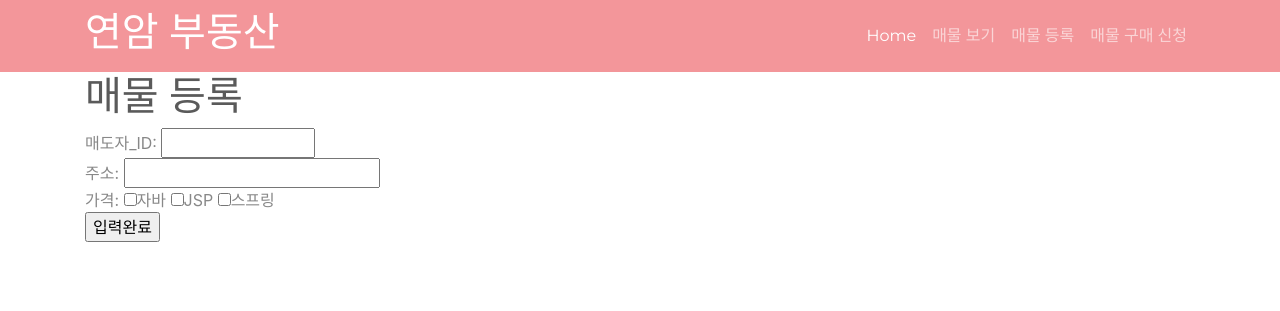
Repository: Leekm0912/2-1_JSP-DB_Project
Page: http://localhost/WebTest/DB/InsertTable.jsp
An editor plug-in stored every save of this project. The page is shown before and after the next save, followed by the edit.
The browser window is 1280 px wide. The pictures show the whole page.
The page is served by Tomcat 9.

Above is the page before, as saved 2020-06-10 03:38:39.

After the next save:
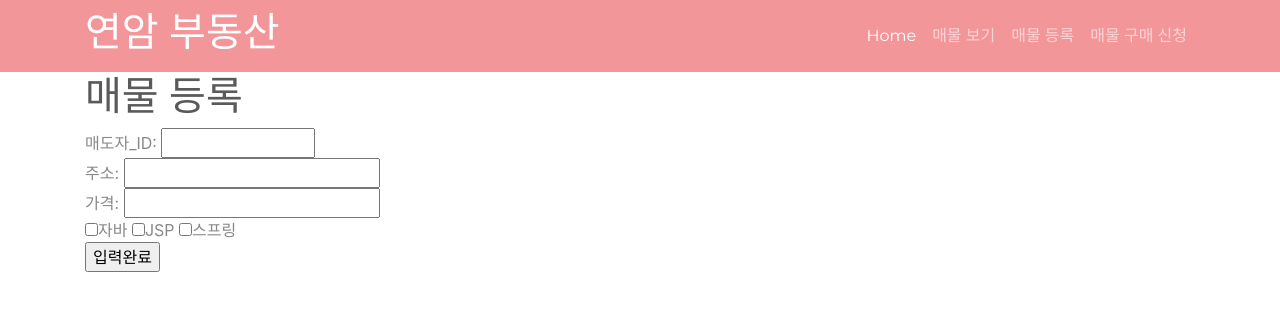
Saved 6 s later.
--- a/WebTest/WebContent/DB/InsertTable.jsp
+++ b/WebTest/WebContent/DB/InsertTable.jsp
@@ -41,7 +41,7 @@
 		<form action="add_data" method="post">
 			매도자_ID: <input type="text" name="name" size="10"> <br>
 			주소: <input type="text" name="id" size="20"> <br>
-			가격:
+			가격: <input type="text" name="id" size="20"> <br>
 		<input type="checkbox" name="subject" value="java">자바
 		<input type="checkbox" name="subject" value="JSP">JSP
 		<input type="checkbox" name="subject" value="Spring">스프링 <br>
